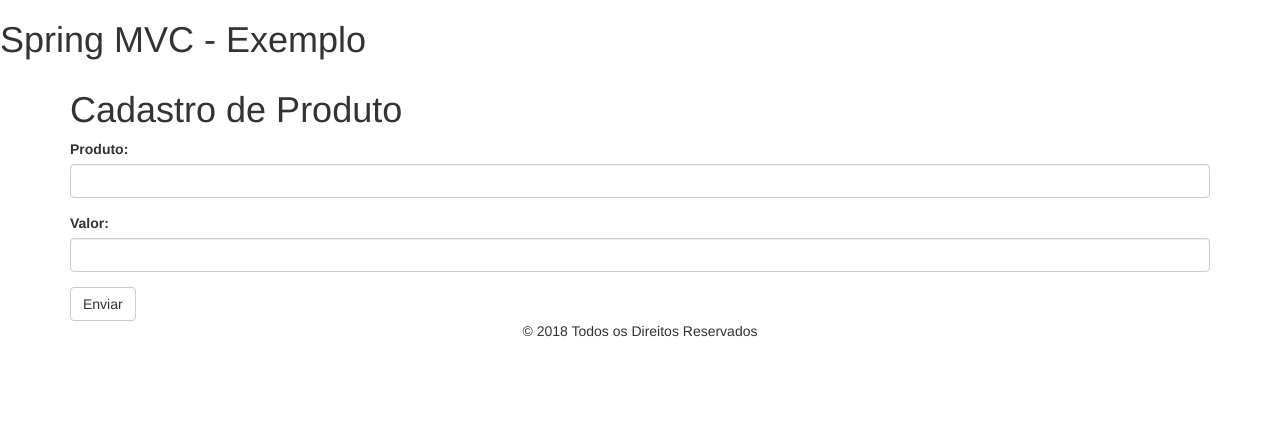
Repository: enuvens/compliance
Page: http://localhost/Spring/produto/cadastrar
These files come from the project's save history. The page is drawn as it stood at one moment and after the next save; the edit follows.
The browser window is 1280 px wide. The pictures show the whole page.
The page is served by Tomcat 9. Other server files are loaded and not shown.

Above is the page before, as saved 2018-08-14 12:21:43.

### Spring/WebContent/WEB-INF/jsp/produto/cadastro.jsp
<%@ page language="java" contentType="text/html; charset=UTF-8"
	pageEncoding="UTF-8"%>
<%@ taglib prefix="c" uri="http://java.sun.com/jsp/jstl/core"%>
<%@ taglib prefix="tags" tagdir="/WEB-INF/tags"%>

<tags:template title="Cadastro de Produto">

	<jsp:attribute name="scripts">
		<!-- Código JS... -->
		<script type="text/javascript">
			alert('Funcionando');
		</script>
	</jsp:attribute>

	<jsp:body>
		<h1>Cadastro de Produto</h1>
		<form action="cadastrar" method="post">
		<div class="form-group">
			<label for="titulo">Produto:</label>
			<input type="text" class="form-control" id="titulo" name="titulo">
		</div>
		<div class="form-group">
			<label for="preco">Valor:</label>
			<input type="text" class="form-control" id="preco" name="preco">
		</div>
		<button type="submit" class="btn btn-default">Enviar</button>
		</form>
	</jsp:body>

</tags:template>

### Spring/WebContent/WEB-INF/tags/template.tag
<%@ tag language="java" pageEncoding="UTF-8"%>
<%@ taglib prefix="c" uri="http://java.sun.com/jsp/jstl/core"%>
<%@ attribute name="title" required="true"%>
<%@ attribute name="scripts" fragment="true"%>
<!DOCTYPE html>
<html>
<head>
	<meta http-equiv="Content-Type" content="text/html; charset=UTF-8">
	<title>Spring MVC | ${title }</title>
	<meta charset="utf-8">
    <meta http-equiv="X-UA-Compatible" content="IE=edge">
    <meta name="viewport" content="width=device-width, initial-scale=1">
	<link rel="stylesheet" type="text/css" href="<c:url value="/resources/css/bootstrap.min.css"/>">
</head>
<body>
	<h1>Spring MVC - Exemplo</h1>
	<div class="container">
		<jsp:doBody />
	</div>

	<footer class="page-footer font-small blue pt-4">
		<div class="footer-copyright text-center py-3">© 2018 Todos os Direitos Reservados</div>
	</footer>
	<script src="<c:url value="/resources/js/jquery-3.3.1.min.js"/>"></script>
	<script src="<c:url value="/resources/js/bootstrap.min.js"/>"></script>
	<jsp:invoke fragment="scripts"></jsp:invoke>
</body>
</html>

Loaded but not shown: Spring/WebContent/resources/css/bootstrap.min.css (library); Spring/WebContent/resources/js/jquery-3.3.1.min.js (library); Spring/WebContent/resources/js/bootstrap.min.js (library)

After the next save:
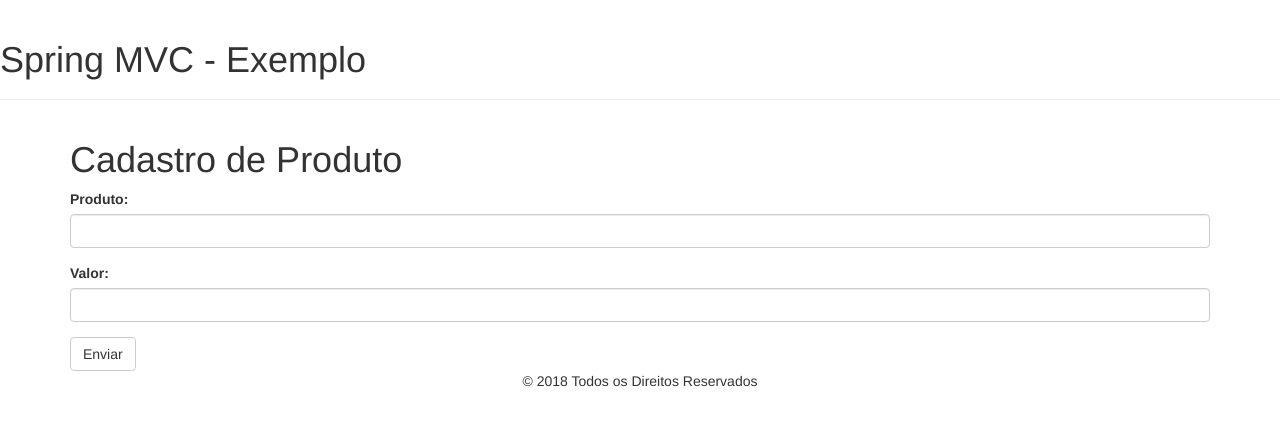
Saved 103 s later.
--- a/Spring/WebContent/WEB-INF/tags/template.tag
+++ b/Spring/WebContent/WEB-INF/tags/template.tag
@@ -13,7 +13,10 @@
 	<link rel="stylesheet" type="text/css" href="<c:url value="/resources/css/bootstrap.min.css"/>">
 </head>
 <body>
-	<h1>Spring MVC - Exemplo</h1>
+	<div class="page-header">
+		<h1>Spring MVC - Exemplo</h1>
+	</div>
+
 	<div class="container">
 		<jsp:doBody />
 	</div>
@@ -21,6 +24,7 @@
 	<footer class="page-footer font-small blue pt-4">
 		<div class="footer-copyright text-center py-3">© 2018 Todos os Direitos Reservados</div>
 	</footer>
+
 	<script src="<c:url value="/resources/js/jquery-3.3.1.min.js"/>"></script>
 	<script src="<c:url value="/resources/js/bootstrap.min.js"/>"></script>
 	<jsp:invoke fragment="scripts"></jsp:invoke>
